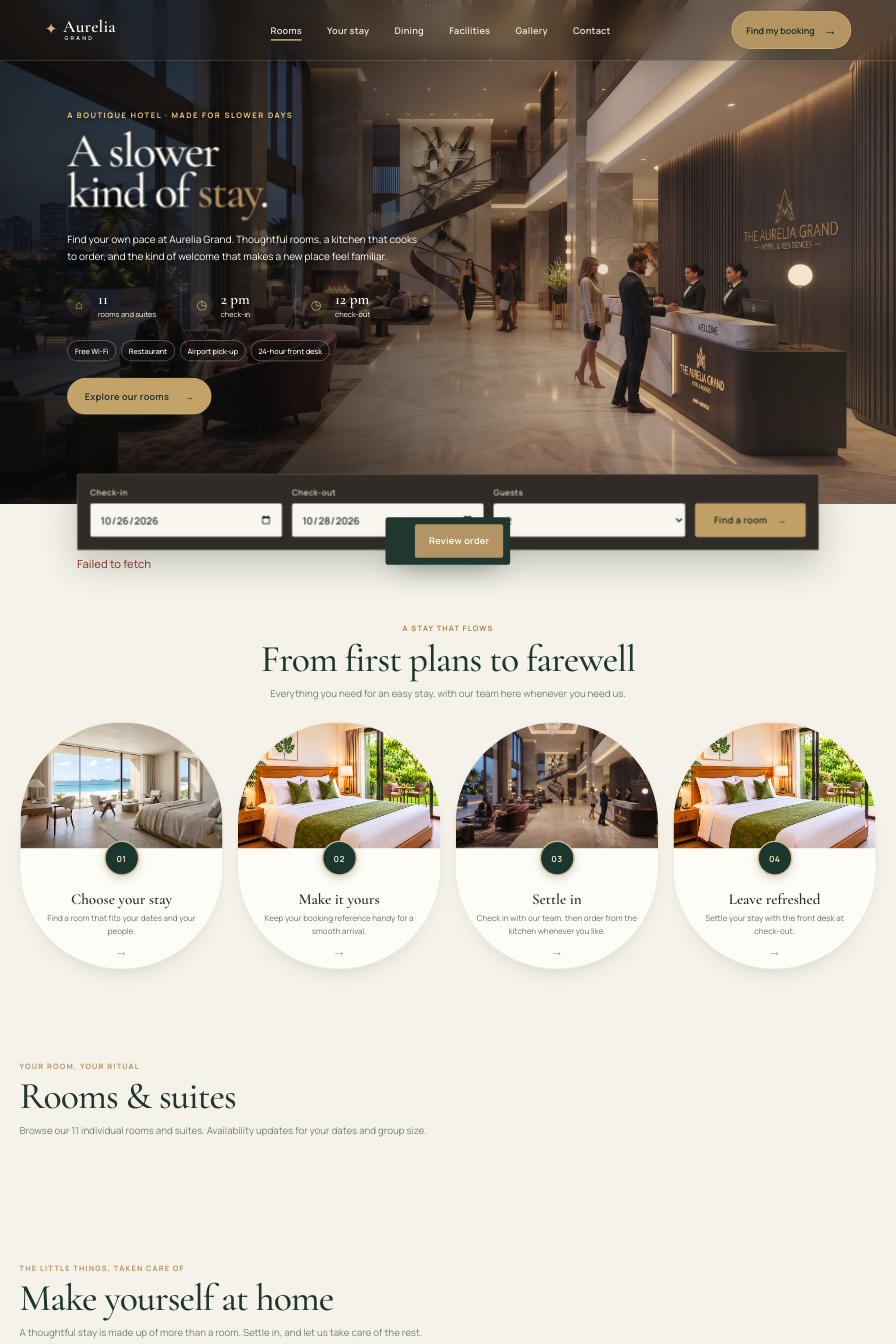
Repository: Deneththri/Hotel-System
Page: public/index.html
An editor plug-in stored every save of this project. The page is shown before and after the next save, followed by the edit.
The browser window is 1280 px wide. The pictures show the part of the page from y = 0 to 1920 px (the page is 3882 px tall), at 70% of full size.
The page's requests for data from a server got no answer.

Above is the page before, as saved 2026-11-08 17:06:51.

After the next save:
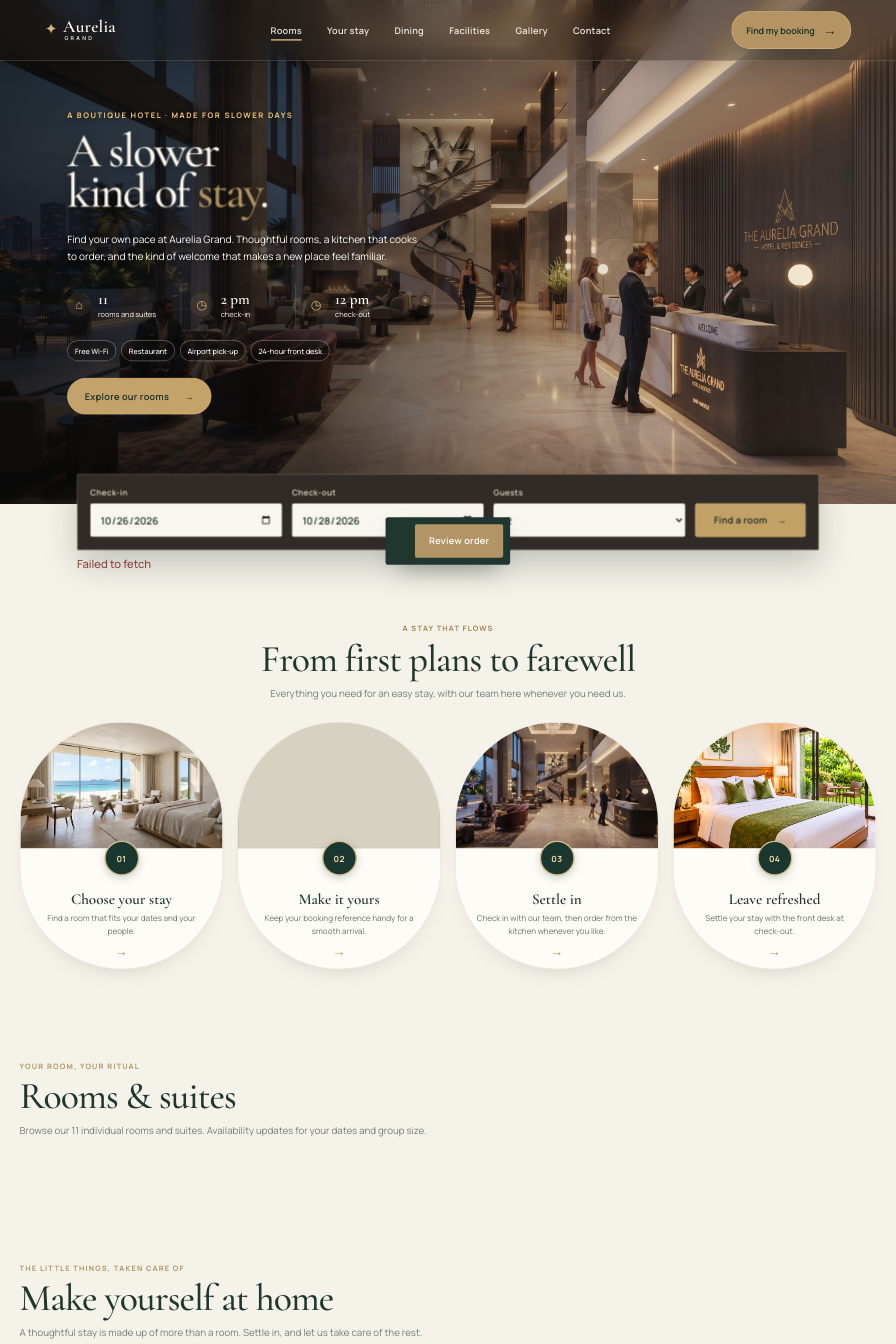
Not found: public/images/second.png
Saved 3 min 50 s later.
--- a/public/index.html
+++ b/public/index.html
@@ -95,7 +95,7 @@
           </div>
         </li>
         <li class="journey-step" data-reveal>
-          <div class="journey-photo"><img src="images/garden.png" alt=""></div>
+          <div class="journey-photo"><img src="images/second.png" alt=""></div>
           <span class="journey-number" aria-hidden="true">02</span>
           <div class="journey-copy">
             <h3>Make it yours</h3>

After the 2 saves that followed:
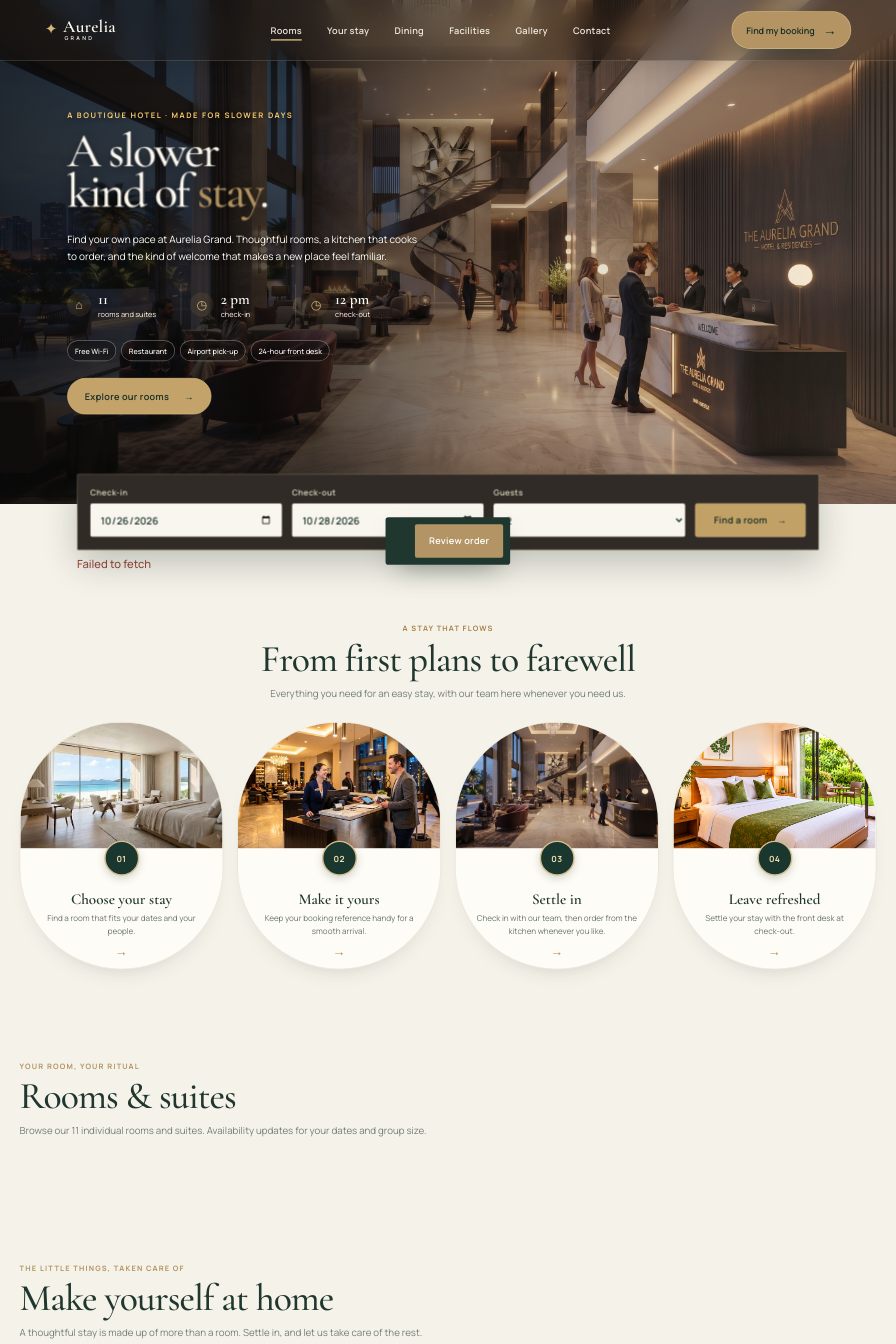
The 2 saves are shown as one change because they came seconds apart.
The last was saved 20 s later.
--- a/public/index.html
+++ b/public/index.html
@@ -95,7 +95,7 @@
           </div>
         </li>
         <li class="journey-step" data-reveal>
-          <div class="journey-photo"><img src="images/second.png" alt=""></div>
+          <div class="journey-photo"><img src="images/second.jpg" alt=""></div>
           <span class="journey-number" aria-hidden="true">02</span>
           <div class="journey-copy">
             <h3>Make it yours</h3>
